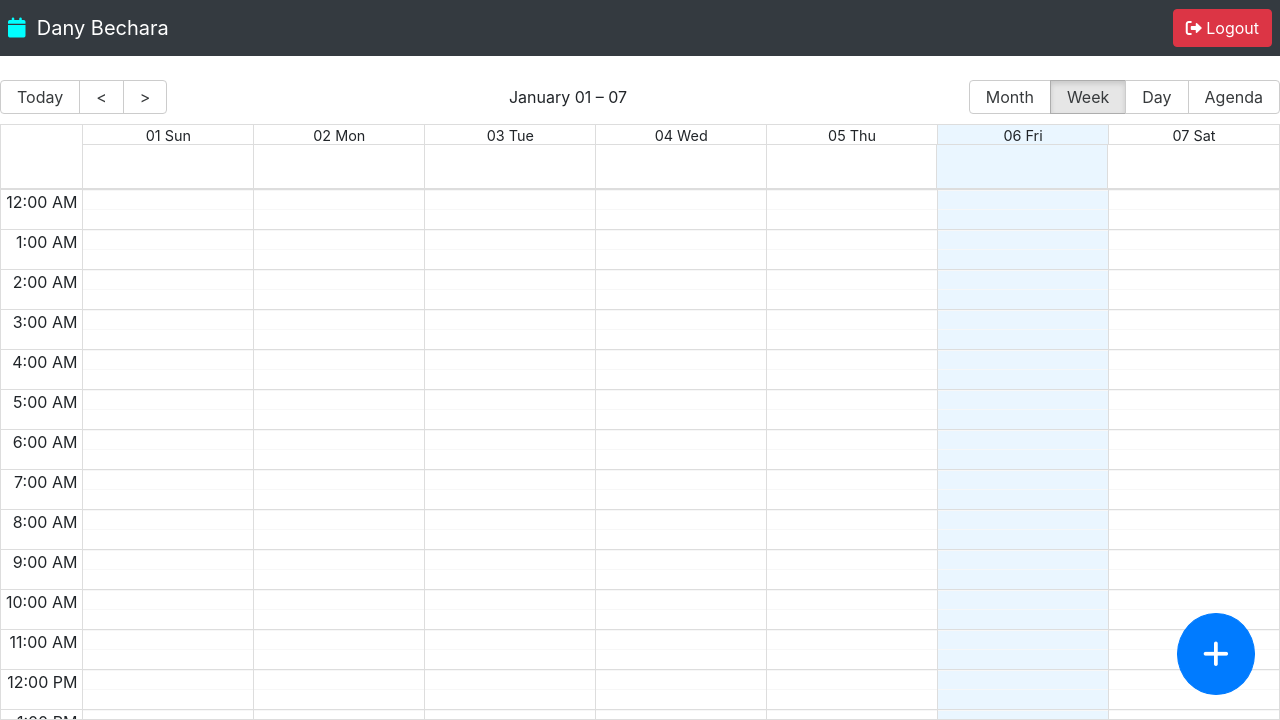
Repository: bechara611/calendar-frontend
Page: /
An editor plug-in stored every save of this project. The page is shown before and after the next save, followed by the edit.
The browser window is 1280 px wide. The pictures show the whole page.
An inner scrolling area shows only its first screen. The project was rebuilt for these pictures with package versions that can differ from the ones it lists, and the page was loaded fresh each time. Some packages were replaced by stand-ins written for this rebuild. Also part of the build but not shown: vite.config.js. Imported but missing from the stored project, and not drawn on this page: src/auth.

Above is the page before, as saved 2023-01-11 18:48:26.

After the next save:
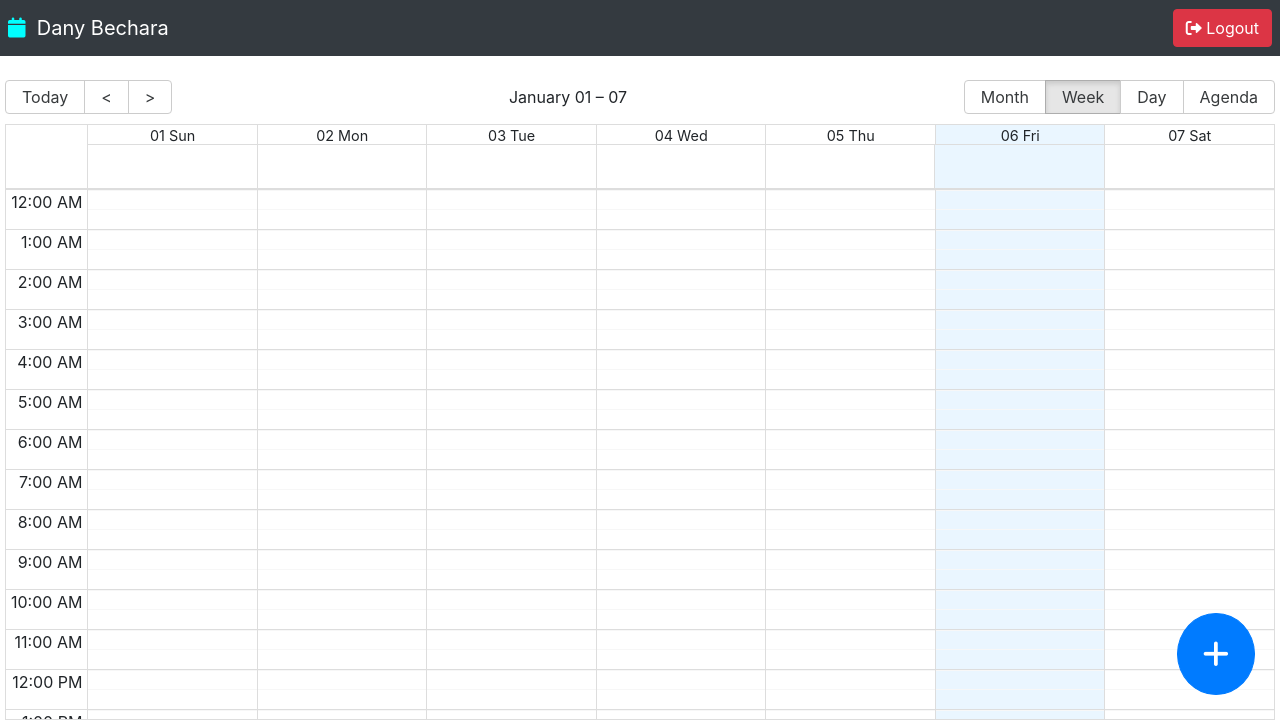
Saved 34 s later.
--- a/src/calendar/pages/CalendarPages.jsx
+++ b/src/calendar/pages/CalendarPages.jsx
@@ -53,7 +53,7 @@ const eventStyleGetter = (event, start, end, isSelected) => {
         startAccessor="start"
         endAccessor="end"
         messages={getMessages()}
-        style={{ height: 'calc( 100vh - 80px )' }}
+        style={{ height: 'calc( 100vh - 80px )',marginRight:'5px', marginLeft:'5px' }}
         eventPropGetter={eventStyleGetter}
         components={{
           event: CalendarEvent
